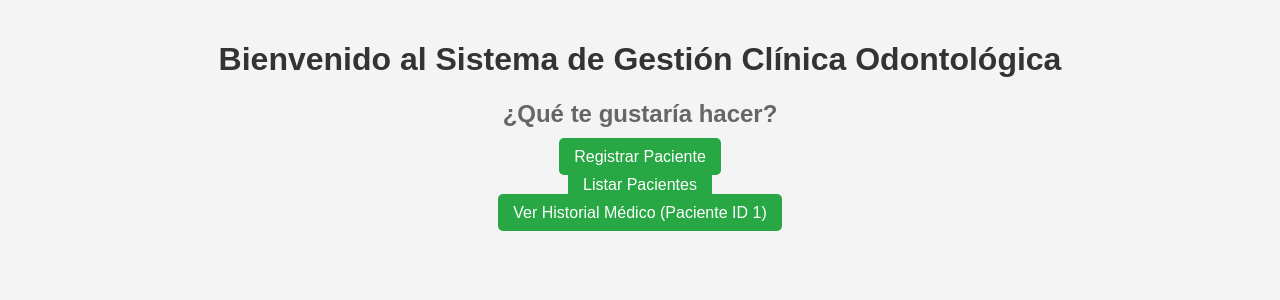
Repository: Aimarvera/LPII_EF_VeraDuran
Page: http://localhost/index
An editor plug-in stored every save of this project. The page is shown before and after the next save, followed by the edit.
The browser window is 1280 px wide. The pictures show the whole page.
The page is this project's Thymeleaf template; nobody is signed in. The template is opened directly, without the code that normally fills it, so the values that code supplies are empty.

Above is the page before, as saved 2024-10-24 05:25:07.

### Clinica/src/main/resources/templates/index.html
<!DOCTYPE html>
<html xmlns:th="http://www.thymeleaf.org">
<head>
    <meta charset="UTF-8">
    <title>Página Principal - Sistema de Gestión Clínica Odontológica</title>
    <style>
        body {
            font-family: Arial, sans-serif;
            background-color: #f4f4f4;
            margin: 0;
            padding: 20px;
        }

        h1 {
            color: #333;
            text-align: center;
        }

        h2 {
            color: #666;
            text-align: center;
        }

        ul {
            list-style-type: none;
            padding: 0;
        }

        li {
            margin: 10px 0;
            text-align: center;
        }

        a {
            text-decoration: none;
            background-color: #28a745;
            color: white;
            padding: 10px 15px;
            border-radius: 5px;
        }

        a:hover {
            background-color: #218838;
        }
    </style>
</head>
<body>
    <h1>Bienvenido al Sistema de Gestión Clínica Odontológica</h1>
    <h2>¿Qué te gustaría hacer?</h2>

    <ul>
        <li><a th:href="@{/pacientes/registrar}">Registrar Paciente</a></li>
        <li><a th:href="@{/pacientes/listar}">Listar Pacientes</a></li>
        <li><a th:href="@{/pacientes/historial/1}">Ver Historial Médico (Paciente ID 1)</a></li>
    </ul>
</body>
</html>

After the next save:
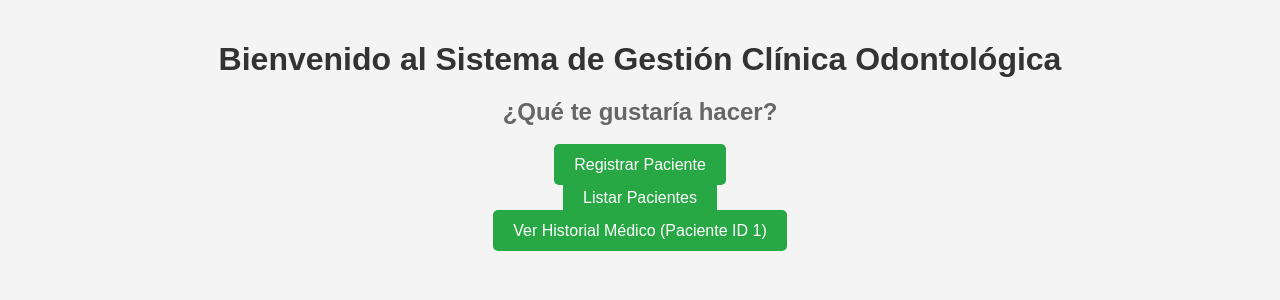
Saved 108 s later.
--- a/Clinica/src/main/resources/templates/index.html
+++ b/Clinica/src/main/resources/templates/index.html
@@ -14,20 +14,23 @@
         h1 {
             color: #333;
             text-align: center;
+            margin-bottom: 20px; /* Espaciado debajo del título principal */
         }
 
         h2 {
             color: #666;
             text-align: center;
+            margin-bottom: 30px; /* Espaciado debajo del subtítulo */
         }
 
         ul {
             list-style-type: none;
             padding: 0;
+            margin: 0; /* Eliminando el margen de la lista */
         }
 
         li {
-            margin: 10px 0;
+            margin: 15px 0; /* Espaciado entre los elementos de la lista */
             text-align: center;
         }
 
@@ -35,12 +38,13 @@
             text-decoration: none;
             background-color: #28a745;
             color: white;
-            padding: 10px 15px;
+            padding: 12px 20px; /* Espaciado interno del botón */
             border-radius: 5px;
+            transition: background-color 0.3s; /* Transición suave al cambiar el color */
         }
 
         a:hover {
-            background-color: #218838;
+            background-color: #218838; /* Color al pasar el mouse */
         }
     </style>
 </head>
